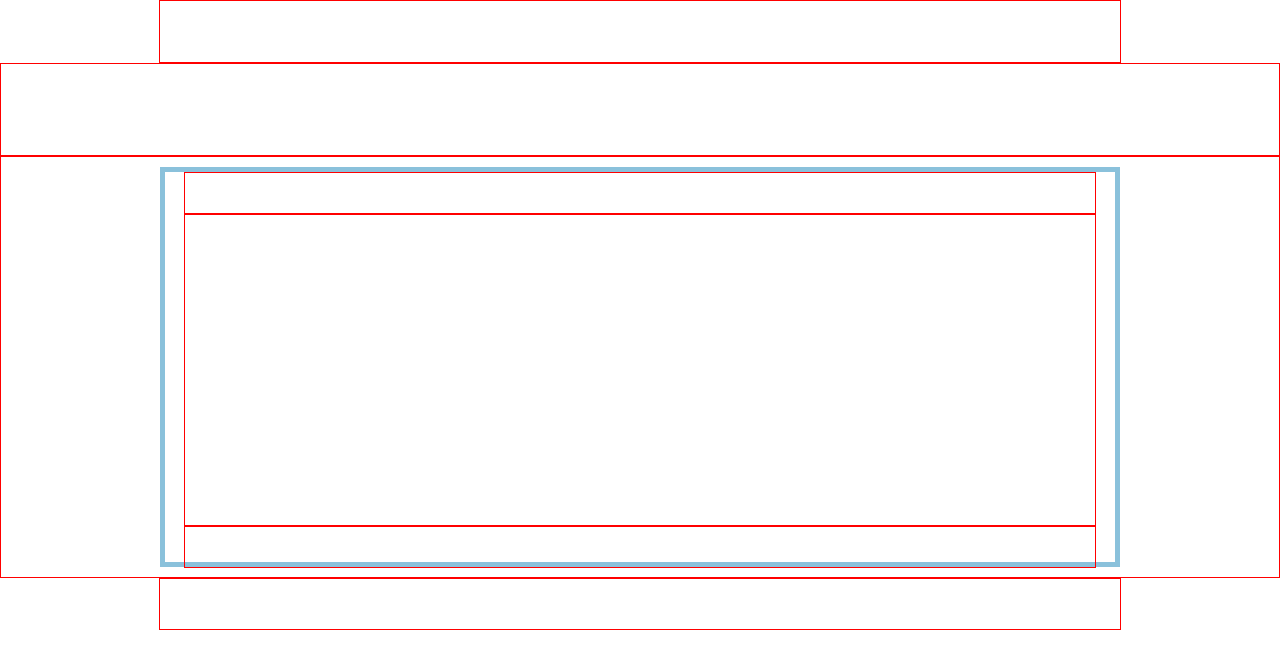
Repository: LYC-Android/JavaWebProject
Page: WebBasic/src/main/webapp/day03/admin_list.html
The author's editor kept a copy of each file at every save. The page is drawn from the files as they stood at one save, then again after the next save.
The browser window is 1280 px wide. The pictures show the whole page.

Above is the page before, as saved 2017-09-21 07:38:30.

After the next save:
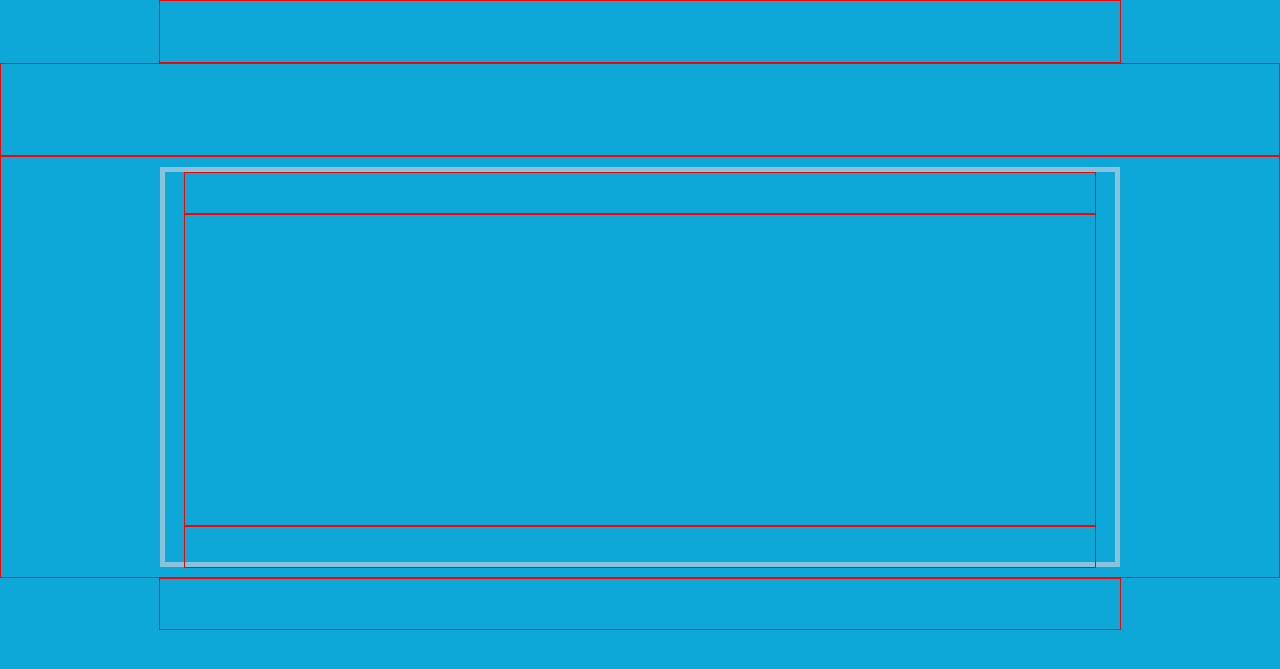
Saved 92 s later.
--- a/WebBasic/src/main/webapp/day03/list.css
+++ b/WebBasic/src/main/webapp/day03/list.css
@@ -47,3 +47,6 @@ div{
 }
 
 /*2.给网页设置背景(背景色，背景图)*/
+body{
+	background-color: #0EA8D8
+}
